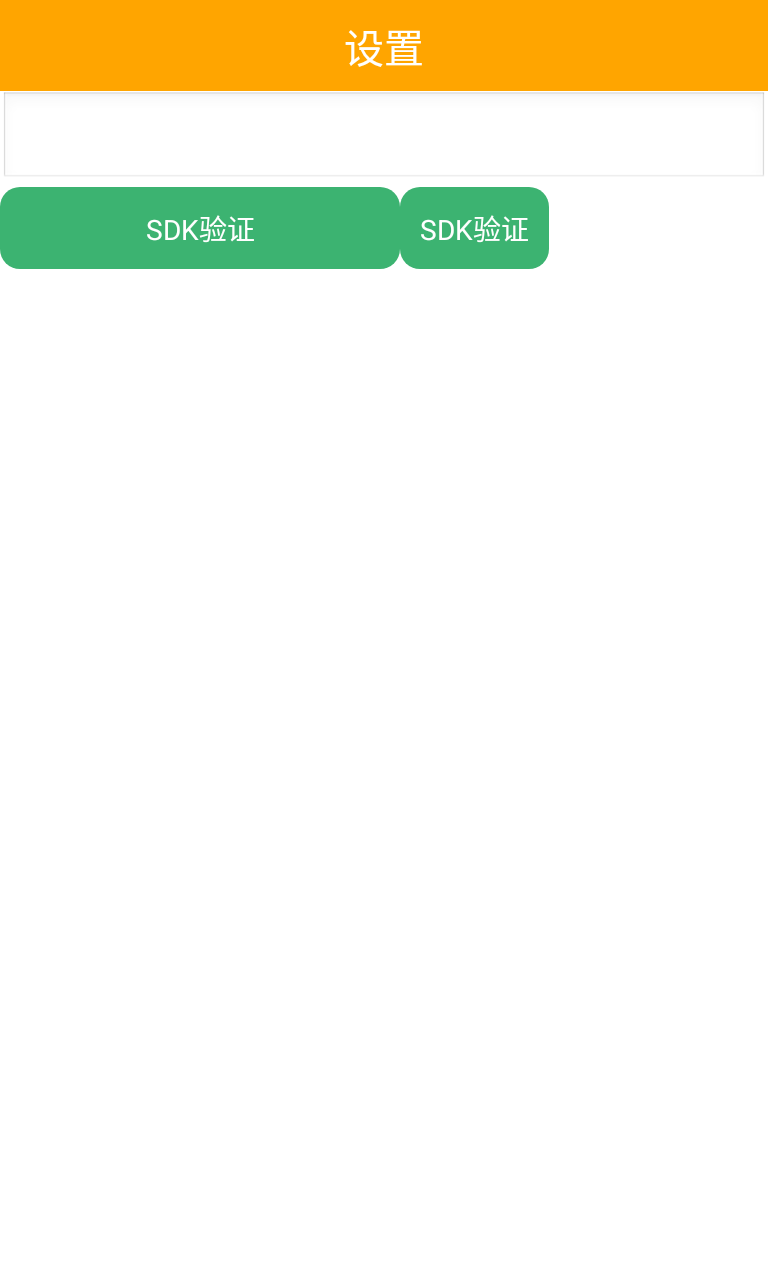
Repository: blanks1314/sysnc_android
Layout: UpayDemo/res/layout/activity_modifyinfo.xml
These files come from the project's save history. The layout is drawn as it stood at one moment and after the next save; the edit follows.
It is drawn on a 768 x 1280 px phone screen (xhdpi) without system bars, with theme AppTheme; the app's code is not run.

Above is the layout before, as saved 2015-04-30 02:19:28.

After the next save:
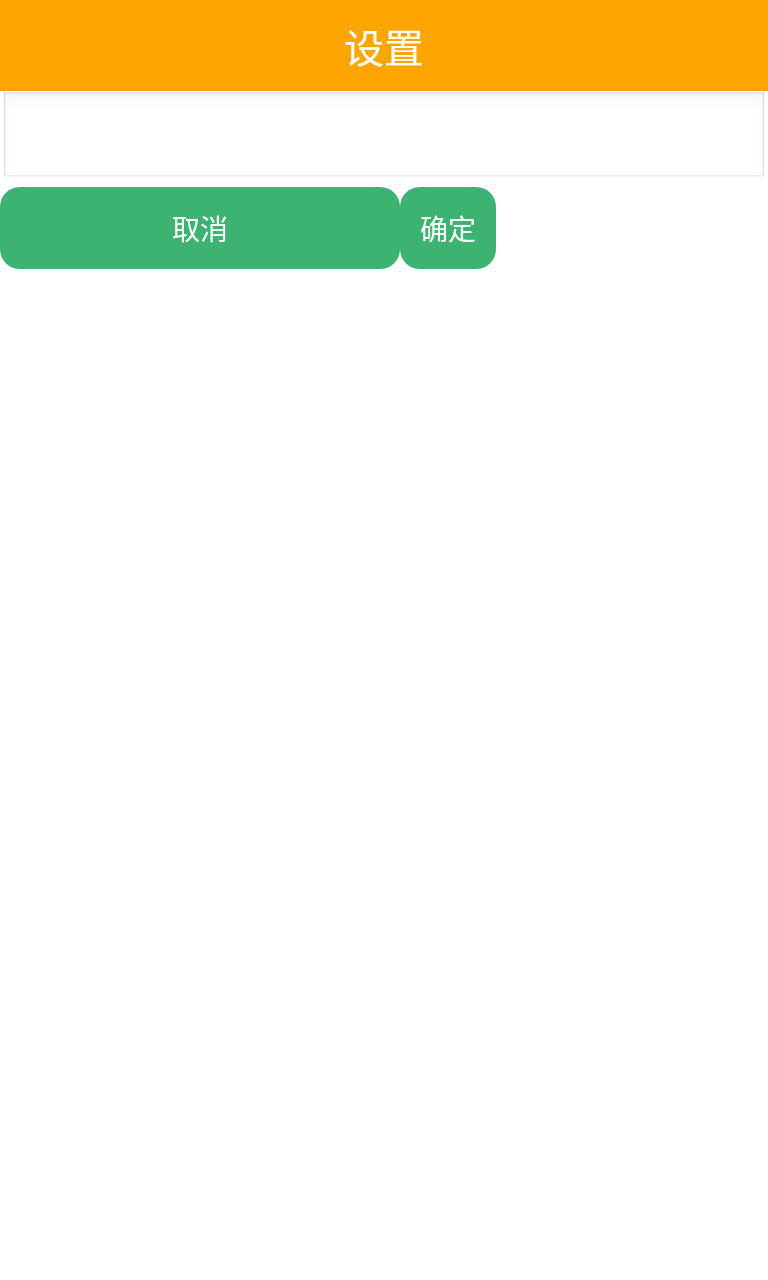
Saved 9 s later.
--- a/UpayDemo/res/layout/activity_modifyinfo.xml
+++ b/UpayDemo/res/layout/activity_modifyinfo.xml
@@ -26,12 +26,12 @@
         <Button
         android:id="@+id/btn_cancel"
         style="@style/btn_style_1"
-        android:text="SDK验证"
+        android:text="取消"
         android:layout_gravity="center_horizontal"/>
         <Button
         android:id="@+id/btn_ok"
         style="@style/btn_style_2"
-        android:text="SDK验证"
+        android:text="确定"
         android:layout_gravity="center_horizontal"/>
     </LinearLayout>
 
